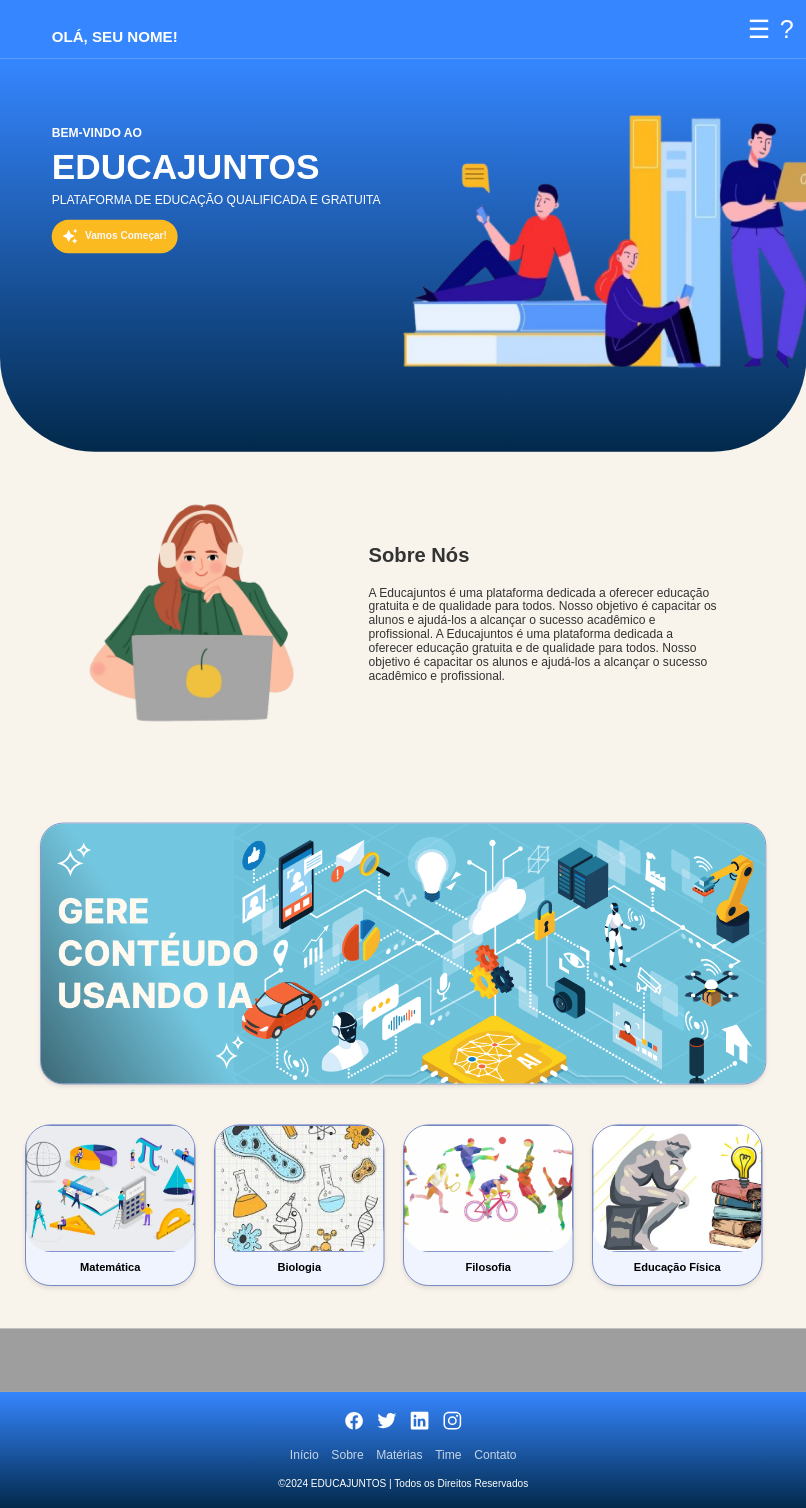
Repository: Matheus904-12/EDUCAJUNTOS
Page: inicio/index.html
An editor plug-in stored every save of this project. The page is shown before and after the next save, followed by the edit.
The browser window is 1280 px wide. The pictures show the whole page, at 63% of full size.
Pictures or frames that could not be fetched are drawn as grey boxes.

Above is the page before, as saved 2024-10-28 21:12:41.

### inicio/index.html
<!DOCTYPE html>
<html lang="pt-BR">

<head>
    <meta charset="UTF-8">
    <meta name="viewport" content="width=device-width, initial-scale=1.0">
    <title>Educajuntos</title>
    <link rel="stylesheet" href="style.css">
</head>

<body>
    <header>
        <h1>OLÁ, SEU NOME!</h1>
        <nav>
            <button class="menu-btn">&#9776;</button>
            <button class="help-btn">?</button>
            <div class="dropdown-menu">
                <a href="#home">Início</a>
                <a href="#sobre">Sobre</a>
                <a href="#materias">Matérias</a>
                <a href="#time">Time</a>
                <a href="#contato">Contato</a>
                <a href="mailto:seuemail@gmail.com">Ajuda</a>
            </div>
        </nav>
    </header>

    <section class="hero">
        <h2>BEM-VINDO AO</h2>
        <h3>EDUCAJUNTOS</h3>
        <p>PLATAFORMA DE EDUCAÇÃO QUALIFICADA E GRATUITA</p>
        <button class="btn">
            <svg height="24" width="24" fill="#FFFFFF" viewBox="0 0 24 24" data-name="Layer 1" id="Layer_1"
                class="sparkle">
                <path
                    d="M10,21.236,6.755,14.745.264,11.5,6.755,8.255,10,1.764l3.245,6.491L19.736,11.5l-6.491,3.245ZM18,21l1.5,3L21,21l3-1.5L21,18l-1.5-3L18,18l-3,1.5ZM19.333,4.667,20.5,7l1.167-2.333L24,3.5,21.667,2.333,20.5,0,19.333,2.333,17,3.5Z">
                </path>
            </svg>

            <span class="text">Vamos Começar!</span>
        </button>
        <div class="hero-image">
            <img src="../image/1.png" alt="Imagem ilustrativa de pessoas estudando">
        </div>

    </section>


    <section class="about">
        <div class="about-content">
            <img src="../image/8.png" alt="Imagem ilustrativa" class="about-image">
            <div class="about-text">
                <h2>Sobre Nós</h2>
                <p>A Educajuntos é uma plataforma dedicada a oferecer educação gratuita e de qualidade para todos. Nosso
                    objetivo é capacitar os alunos e ajudá-los a alcançar o sucesso acadêmico e profissional.
                    A Educajuntos é uma plataforma dedicada a oferecer educação gratuita e de qualidade para todos. Nosso
                    objetivo é capacitar os alunos e ajudá-los a alcançar o sucesso acadêmico e profissional.</p>
            </div>
        </div>
    </section>
    <br>
    <br>
    <br>

    <main>

        <div class="category-card large">
            <img src="../image/7.png" alt="IA">
        </div>

        <section class="categories">
            <div class="category-card">
                <img src="../image/2.png" alt="Matemática">
                <p>Matemática</p>
                <br>
            </div>
            <div class="category-card">
                <img src="../image/3.png" alt="Biologia">
                <p>Biologia</p>
                <br>
            </div>
            <div class="category-card">
                <img src="../image/6.png" alt="Filosofia">
                <p>Filosofia</p>
                <br>
            </div>
            <div class="category-card">
                <img src="../image/5.png" alt="Educação Física">
                <p>Educação Física</p>
                <br>
            </div>
        </section>
    </main>

    <footer class="footer">
        <div class="waves">
            <div class="wave" id="wave1"></div>
            <div class="wave" id="wave2"></div>
            <div class="wave" id="wave3"></div>
            <div class="wave" id="wave4"></div>
        </div>
        <ul class="social-icon">
            <li class="social-icon__item"><a class="social-icon__link" href="#">
                    <ion-icon name="logo-facebook"></ion-icon>
                </a></li>
            <li class="social-icon__item"><a class="social-icon__link" href="#">
                    <ion-icon name="logo-twitter"></ion-icon>
                </a></li>
            <li class="social-icon__item"><a class="social-icon__link" href="#">
                    <ion-icon name="logo-linkedin"></ion-icon>
                </a></li>
            <li class="social-icon__item"><a class="social-icon__link" href="#">
                    <ion-icon name="logo-instagram"></ion-icon>
                </a></li>
        </ul>
        <ul class="menu">
            <li class="menu__item"><a class="menu__link" href="#">Início</a></li>
            <li class="menu__item"><a class="menu__link" href="#">Sobre</a></li>
            <li class="menu__item"><a class="menu__link" href="#">Matérias</a></li>
            <li class="menu__item"><a class="menu__link" href="#">Time</a></li>
            <li class="menu__item"><a class="menu__link" href="#">Contato</a></li>

        </ul>
        <p>&copy;2024 EDUCAJUNTOS | Todos os Direitos Reservados</p>
    </footer>
    <script type="module" src="https://unpkg.com/ionicons@5.5.2/dist/ionicons/ionicons.esm.js"></script>
    <script nomodule src="https://unpkg.com/ionicons@5.5.2/dist/ionicons/ionicons.js"></script>

    <script>
        // Redireciona para a tela de login ao clicar no botão "Vamos Começar"
        function goToLogin() {
            window.location.href = "tela-de-login.html"; // Substitua com o caminho correto da sua página de login
        }

        // Controla o dropdown do menu hamburguer
        document.addEventListener("DOMContentLoaded", function () {
            const menuBtn = document.querySelector(".menu-btn");
            const dropdownMenu = document.querySelector(".dropdown-menu");

            menuBtn.addEventListener("click", () => {
                // Alterna a visibilidade do menu dropdown
                if (dropdownMenu.style.display === "none" || dropdownMenu.style.display === "") {
                    dropdownMenu.style.display = "flex";
                    dropdownMenu.style.flexDirection = "column";
                    dropdownMenu.style.gap = "10px";
                } else {
                    dropdownMenu.style.display = "none";
                }
            });
        });
    </script>


</body>

</html>

### inicio/style.css
* {
    margin: 0;
    padding: 0;
    box-sizing: border-box;
    font-family: Arial, sans-serif;
}

body {
    background-color: #F8F4EB;
    color: #333;
}

header {
    background-color: #3586ff;
    color: #fff;
    padding: 20px;
    display: flex;
    justify-content: space-between;
    align-items: center;
}

header h1 {
    font-size: 1.5em;
    margin-left: 5%;
    margin-top: 2%;
}

nav {
    display: flex;
    gap: 15px;
}

.menu-btn,
.help-btn {
    background: none;
    border: none;
    color: #fff;
    font-size: 2.5em;
    cursor: pointer;
}

/* Hero Section with Rounded Bottom Borders and Centered Image */
.hero {
    background: linear-gradient(#3586ff, #02294b);
    color: #fff;
    padding: 45px 20px;
    border-bottom-left-radius: 150px;
    border-bottom-right-radius: 150px;
    position: relative;
    display: flex;
    flex-direction: column;
    align-items: flex-start;
    overflow: hidden;

}

.hero h2 {
    font-size: 1.2em;
    margin-bottom: 10px;
    font-weight: bold;
    margin-left: 5%;
    margin-top: 5%;
}

.hero h3 {
    font-size: 3.5em;
    margin-bottom: 10px;
    font-weight: bold;
    margin-left: 5%;
}

.hero p {
    font-size: 1.2em;
    margin-bottom: 20px;
    margin-left: 5%;
}

.hero-image {
    display: flex;
    margin-left: 45%;
    width: 782px;
    height: 580px;
    margin-top: -25%;
}

.hero-image img {
    width: 100%;
    height: auto;
    border-radius: 0 0 150px 150px;
}

/* Categories Section */
.categories {
    display: grid;
    grid-template-columns: repeat(4, 1fr);
    gap: 0px;
    padding: 40px;
}

.category-card {
    background-color: #F0F4FF;
    /* Cor de fundo suave */
    border: 1px solid #334EAC;
    /* Contorno azul */
    border-radius: 40px;
    text-align: center;
    box-shadow: 0px 4px 8px rgba(0, 0, 0, 0.1);
    width: 90%;
    height: 100%;

}

.category-card img {
    width: 100%;
    border-radius: 40px;
    margin-top: 0px;
}

.category-card p {
    margin-top: 10px;
    font-size: 1.1em;
    font-weight: bold;
    color: #000000;
}

/* Ajuste do card para o modo grande */
.category-card.large {
    grid-column: span 2;
    display: flex;
    justify-content: center;
    align-items: center;
    font-size: 1.5em;
    font-weight: bold;
    width: 100%;
    transform: scale(90%);
    border-radius: 40px;
}

/* From Uiverse.io by AlimurtuzaCodes */
.btn {
    border: none;
    width: 15em;
    height: 4em;
    border-radius: 3em;
    display: flex;
    justify-content: center;
    align-items: center;
    gap: 12px;
    background: #fbba20;
    cursor: pointer;
    transition: all 450ms ease-in-out;
    margin-left: 5%;
}

.sparkle {
    fill: #ffffff;
    transition: all 800ms ease;
}

.text {
    font-weight: 600;
    color: #f8f8f8;
    font-size: medium;
}

.btn:hover {
    background: linear-gradient(0deg, #cca152);
    box-shadow: inset 0px 1px 0px 0px rgba(255, 255, 255, 0.4),
        inset 0px -4px 0px 0px rgba(0, 0, 0, 0.2),
        0px 0px 0px 4px rgba(255, 255, 255, 0.2),
        0px 0px 180px 0px #334EAC;
    transform: translateY(-2px);
}

.btn:hover .text {
    color: white;
}

.btn:hover .sparkle {
    fill: white;
    transform: scale(1.2);
}

.footer {
    position: relative;
    width: 100%;
    background: linear-gradient(#3586ff, #02294b);
    min-height: 100px;
    padding: 20px 50px;
    display: flex;
    justify-content: center;
    align-items: center;
    flex-direction: column;
    margin-top: 10%;
}

.social-icon,
.menu {
    position: relative;
    display: flex;
    justify-content: center;
    align-items: center;
    margin: 10px 0;
    flex-wrap: wrap;
}

.social-icon__item,
.menu__item {
    list-style: none;
}

.social-icon__link {
    font-size: 2rem;
    color: #fff;
    margin: 0 10px;
    display: inline-block;
    transition: 0.5s;
}

.social-icon__link:hover {
    transform: translateY(-10px);
}

.menu__link {
    font-size: 1.2rem;
    color: #fff;
    margin: 0 10px;
    display: inline-block;
    transition: 0.5s;
    text-decoration: none;
    opacity: 0.75;
    font-weight: 300;
}

.menu__link:hover {
    opacity: 1;
}

.footer p {
    color: #fff;
    margin: 15px 0 10px 0;
    font-size: 1rem;
    font-weight: 300;
}

.wave {
    position: absolute;
    top: -100px;
    left: 0;
    width: 100%;
    height: 100px;
    background: url("https://i.ibb.co/wQZVxxk/wave.png");
    background-size: 1000px 100px;
}

.wave#wave1 {
    z-index: 1000;
    opacity: 1;
    bottom: 0;
    animation: animateWaves 4s linear infinite;
}

.wave#wave2 {
    z-index: 999;
    opacity: 0.5;
    bottom: 10px;
    animation: animate 4s linear infinite !important;
}

.wave#wave3 {
    z-index: 1000;
    opacity: 0.2;
    bottom: 15px;
    animation: animateWaves 3s linear infinite;
}

.wave#wave4 {
    z-index: 999;
    opacity: 0.7;
    bottom: 20px;
    animation: animate 3s linear infinite;
}

@keyframes animateWaves {
    0% {
        background-position-x: 1000px;
    }

    100% {
        background-positon-x: 0px;
    }
}

@keyframes animate {
    0% {
        background-position-x: -1000px;
    }

    100% {
        background-positon-x: 0px;
    }
}

/* Estilo para a seção Sobre Nós */
.about {
    display: flex;
    align-items: center;
    justify-content: center;
    padding: 60px;
}

.about-content {
    display: flex;
    align-items: center;
    gap: 20px;
}

.about-image {
    width: 350px;
    border-radius: 10px;
    margin-left: 75px;
}

.about-text h2 {
    font-size: 2em;
    margin-bottom: 10px;
    padding: 10px 80px;
}

.about-text p {
    font-size: 1.2em;
    color: #333;
    padding: 10px 80px;
}

/* Estilo do menu dropdown */
.dropdown-menu {
    display: none;
    position: absolute;
    top: 60px;
    right: 20px;
    background-color: #3586ff;
    padding: 10px;
    border-radius: 8px;
    box-shadow: 0 4px 8px rgba(0, 0, 0, 0.2);
    z-index: 100;
    flex-direction: column;
    gap: 10px;
}

.dropdown-menu a {
    color: white;
    text-decoration: none;
    padding: 8px;
    display: block;
    text-align: center;
    background-color: #02294b;
    border-radius: 4px;
    transition: background-color 0.3s;
}

.dropdown-menu a:hover {
    background-color: #1e4e8c;
}

/* Exibir menu dropdown ao clicar */
.menu-btn.active + .dropdown-menu {
    display: flex;
}

After the next save:
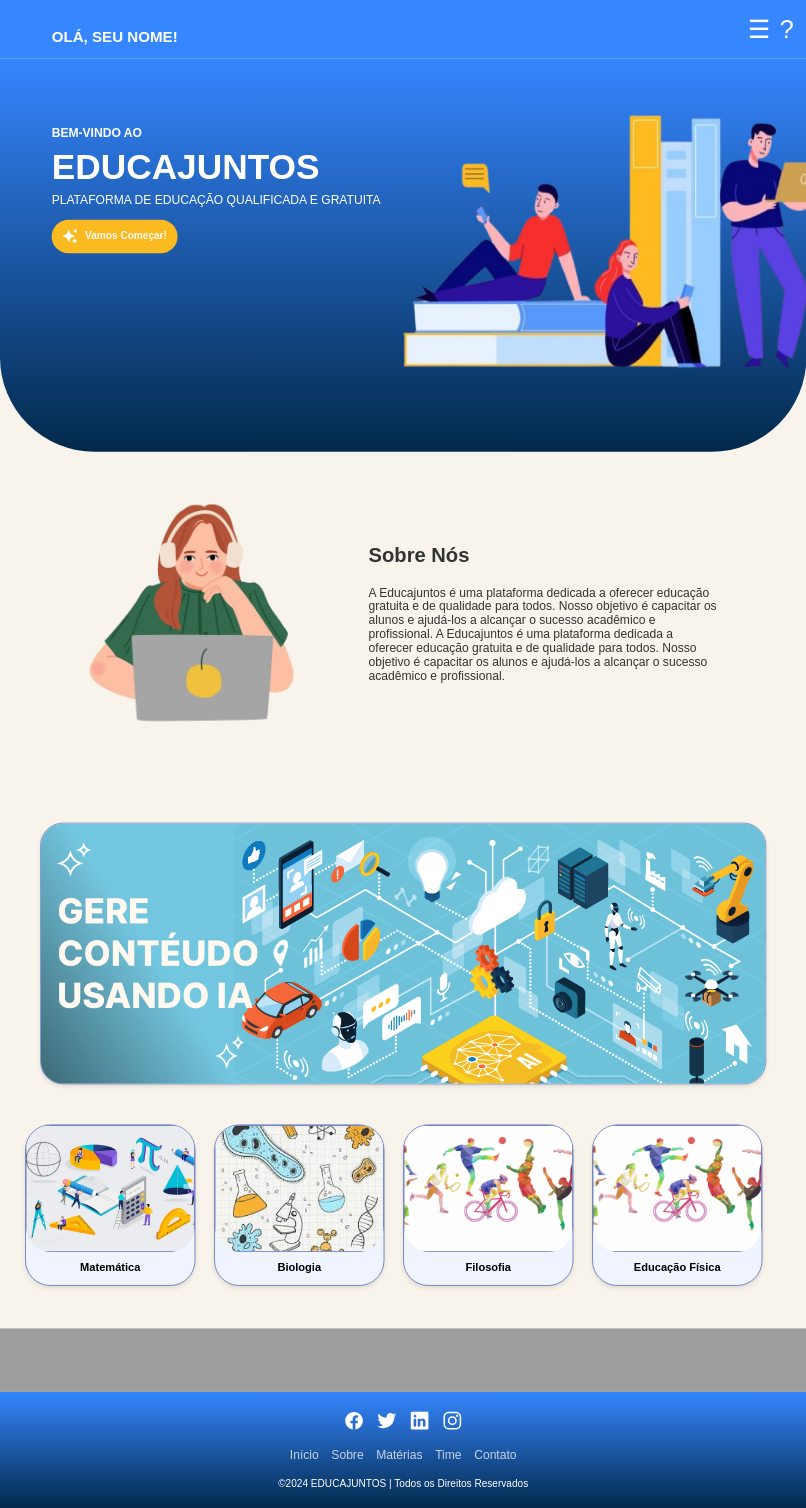
Saved 77 s later.
--- a/inicio/index.html
+++ b/inicio/index.html
@@ -85,7 +85,7 @@
                 <br>
             </div>
             <div class="category-card">
-                <img src="../image/5.png" alt="Educação Física">
+                <img src="../image/6.png" alt="Educação Física">
                 <p>Educação Física</p>
                 <br>
             </div>
